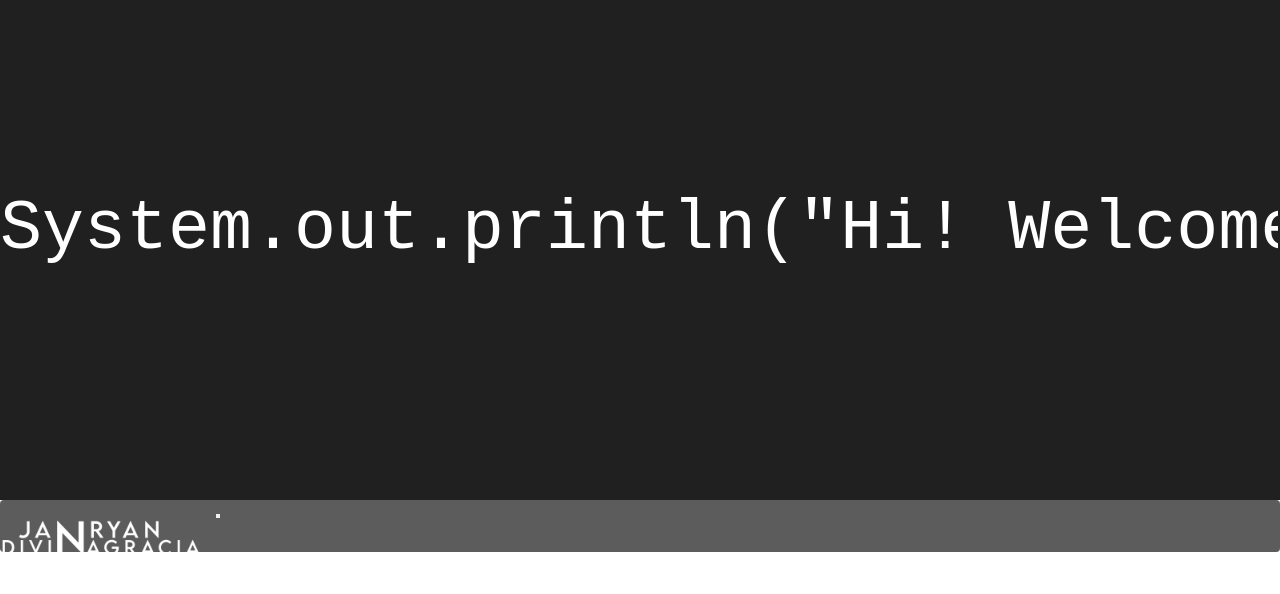
Repository: janry-gracia/Divinagracia_FinalProject
Page: Pages/storyofmylife.html
These files come from the project's save history. The page is drawn as it stood at one moment and after the next save; the edit follows.
The browser window is 1280 px wide. The pictures show the whole page.

Above is the page before, as saved 2021-05-18 01:11:37.
Console error: TypeError: Cannot read properties of null (reading 'addEventListener')

After the next save:
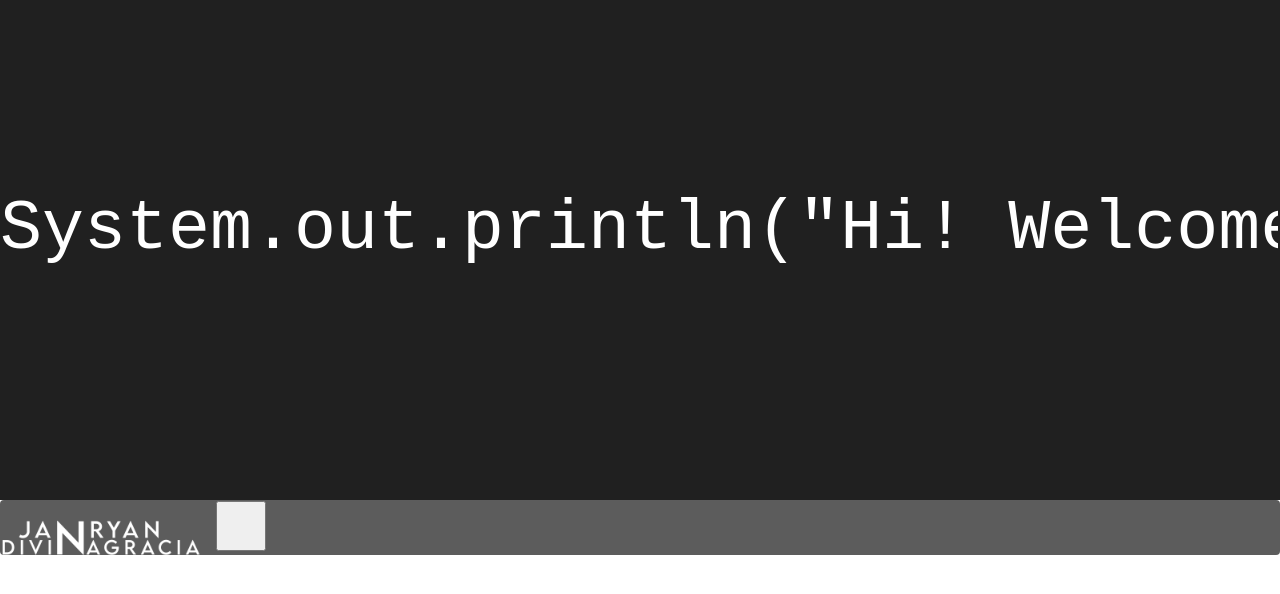
Saved 88 s later.
--- a/css/storyofmylife.css
+++ b/css/storyofmylife.css
@@ -42,6 +42,11 @@ p.message{
     background-color: rgb(92, 92, 92);
 }
 
+.navbar-toggler{
+    width: 50px;
+    height: 50px;
+}
+
 
 
   /* Animation */
